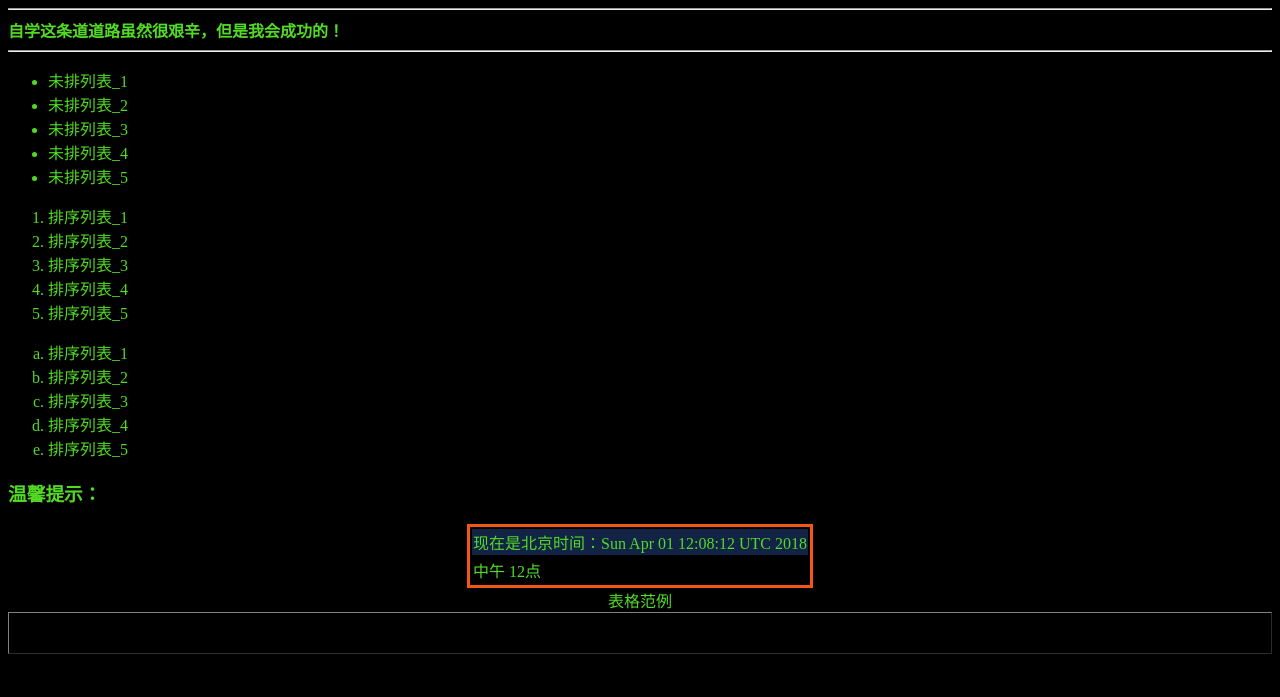
Repository: Coder-YJ/Java
Page: http://localhost/JspTest/test.jsp
The author's editor kept a copy of each file at every save. The page is drawn from the files as they stood at one save, then again after the next save.
The browser window is 1280 px wide. The pictures show the whole page.
The page is served by Tomcat 9.

Above is the page before, as saved 2018-04-01 12:08:12.

After the next save:
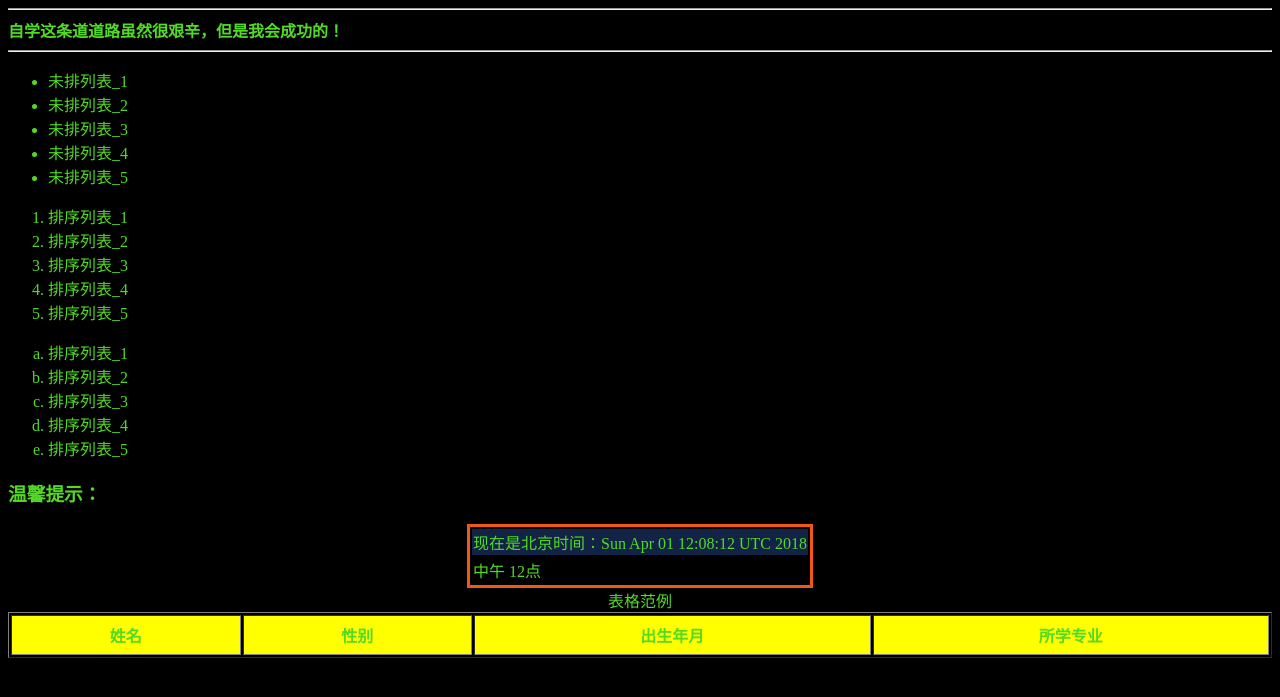
Saved 71 s later.
--- a/MyEclipse10/JspTest/WebRoot/test.jsp
+++ b/MyEclipse10/JspTest/WebRoot/test.jsp
@@ -74,6 +74,10 @@
 	<table width="100%" border="1" cellspaceing="3" cellpadding="5">
 		<caption align="center"> 表格范例  </caption>
 		<tr height="40" bgcolor="FFFF00">
+		<th>姓名</th>
+		<th>性别</th>
+		<th>出生年月</th>
+		<th>所学专业</th>
 		</tr>
 	</table>
 </body>
